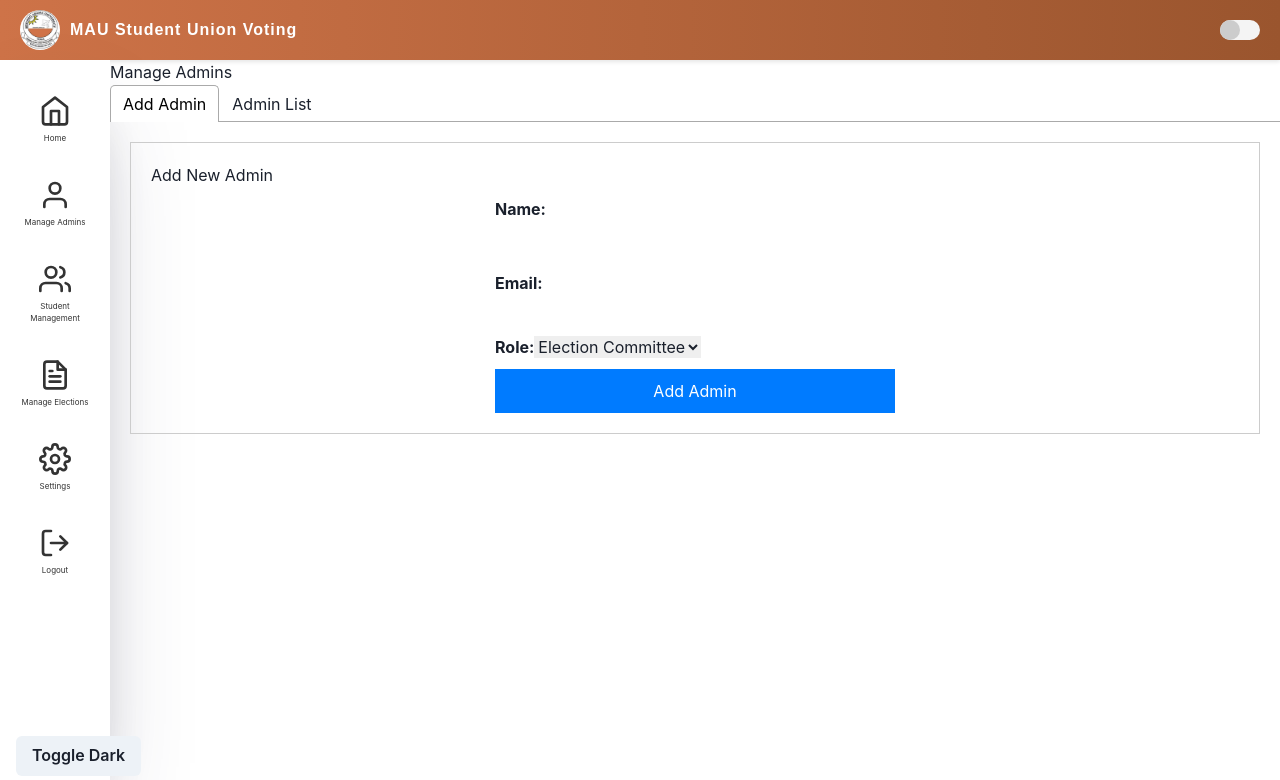
Repository: joena1o/e-vote
Page: /admin-dashboard/manage-admin
The author's editor kept a copy of each file at every save. The page is drawn from the files as they stood at one save, then again after the next save.
The browser window is 1280 px wide. The pictures show the whole page.
The project was rebuilt for these pictures with package versions that can differ from the ones it lists, and the page was loaded fresh each time. Also part of the build but not shown: src/components/EnhancedLogin.js, src/components/maincontent/RegisterStudents/ManageStudents.js, src/components/maincontent/RegisterStudents/RegisterStudents.js, src/components/maincontent/RegisterStudents/StudentManagement.js, src/components/maincontent/ElectionResults/ViewResults.js, src/components/maincontent/Settings/Settings.js, src/api/index.js, src/components/maincontent/home/Home.styles.js and 5 more.

Above is the page before, as saved 2023-10-15 17:49:45.

### src/App.js
import React from 'react';
import { BrowserRouter as Router, Routes, Route, Navigate } from 'react-router-dom';
import EnhancedLogin from './components/EnhancedLogin';
import AdminDashboard from './components/AdminDashboard';
import { ChakraProvider, ColorModeProvider, Button, useColorMode } from '@chakra-ui/react';
import { Provider } from 'react-redux';
import store from './Redux/store';

// Component to toggle dark mode
function DarkModeToggle() {
  const { colorMode, toggleColorMode } = useColorMode();
  return (
    <Button onClick={toggleColorMode} position="fixed" m={4} zIndex={10}>
      Toggle {colorMode === 'light' ? 'Dark' : 'Light'}
    </Button>
  );
}

function App() {
  // Check if the current route is not the "/login" route, then render the DarkModeToggle
  const isLoginPage = window.location.pathname === '/login';

  return (
    <Provider store={store}>
      <ChakraProvider>
        <ColorModeProvider options={{ useSystemColorMode: true }}>
          <Router>
            <Routes>
              {/* Define your routes */}
              <Route path="/login" element={<EnhancedLogin />} />
              <Route path="/admin-dashboard/*" element={<AdminDashboard />} />
              {/* Redirect root to /admin-dashboard */}
              <Route path="/" element={<Navigate to="/admin-dashboard" replace />} />
            </Routes>
          </Router>
          {/* Render DarkModeToggle only if not on the "/login" page */}
          {!isLoginPage && <DarkModeToggle />}
        </ColorModeProvider>
      </ChakraProvider>
    </Provider>
  );
}

export default App;

### src/components/AdminDashboard.js
// AdminDashboard.js
import React from 'react';
import { Routes, Route } from 'react-router-dom';
import StudentManagement from './maincontent/RegisterStudents/StudentManagement';
import ViewResults from './maincontent/ElectionResults/ViewResults';
import Settings from './maincontent/Settings/Settings';
import Home from './maincontent/home/Home';
import ManageAdmin from './maincontent/ManageAdmins/ManageAdmins';
import ManageElections from './maincontent/ManageElections/ManageElections';
import Sidebar from './Sidebar';
import Navbar from './Navbar';
import styled from 'styled-components';

const Container = styled.div`
  display: flex;
  flex-direction: column;
  /* Add the following line to ensure Container fills the screen height */
  height: 100vh;
  width: 100%; /* Use 100% to fill the entire width of the screen */
`;


const Content = styled.div`
  display: flex;
  /* Add the following line to ensure Content fills the remaining screen space */
  flex: 1;
`;

const AdminDashboard = () => {
  return (
    <Container>
      <Navbar />
      <Content>
        <Sidebar />
        <Routes>
          <Route index element={<Home />} />
          <Route path="student-management" element={<StudentManagement />} />
          <Route path="view-results" element={<ViewResults />} />
          <Route path="settings" element={<Settings />} />
          <Route path="manage-admin" element={<ManageAdmin />} />
          <Route path="manage-elections" element={<ManageElections />} />
        </Routes>
      </Content>
    </Container>
  );
};

export default AdminDashboard;

### src/Redux/store.js
import { configureStore } from '@reduxjs/toolkit';
import electionReducer from './electionSlice';
import studentsReducer from './studentsSlice'; // Assuming you have a studentsSlice

const store = configureStore({
  reducer: {
    elections: electionReducer,
    students: studentsReducer, // Add the students reducer here
  },
});

export default store;

### src/components/maincontent/ManageAdmins/ManageAdmins.js
import React from 'react';
import { Tab, TabList, TabPanel, Tabs } from 'react-tabs';
import 'react-tabs/style/react-tabs.css'; // Import styles for react-tabs
import styled from 'styled-components'; // Import styled-components
import AddAdmin from './AddAdmin';
import AdminList from './AdminList';

// Define a styled container with 100vh height
const FullHeightContainer = styled.div`
  height: 100vh;
  width: 100%;
`;

function ManageAdmins() {
  return (
    <FullHeightContainer>
      <h2>Manage Admins</h2>
      <Tabs>
        <TabList>
          <Tab>Add Admin</Tab>
          <Tab>Admin List</Tab>
        </TabList>
        <TabPanel>
          <AddAdmin />
        </TabPanel>
        <TabPanel>
          <AdminList />
        </TabPanel>
      </Tabs>
    </FullHeightContainer>
  );
}

export default ManageAdmins;

### src/components/Sidebar.js
import React from 'react';
import styled from 'styled-components';
import { Link } from 'react-router-dom';
import { FiHome, FiUser, FiUsers, FiFileText, FiSettings, FiLogOut } from 'react-icons/fi';
import { useColorMode } from '@chakra-ui/react';

const SidebarContainer = styled.nav`
  background: ${props => (props.theme === 'dark' ? '#333' : 'white')};
  padding: 15px;
  height: 100vh;
  color: ${props => (props.theme === 'dark' ? '#fff' : '#333')};
  box-shadow: rgba(50, 50, 93, 0.25) 0px 50px 100px -20px, rgba(0, 0, 0, 0.3) 0px 30px 60px -30px;
  display: flex;
  flex-direction: column;
`;

const LinkList = styled.ul`
  list-style-type: none;
  padding: 0;
  flex: 1;
`;

const StyledLink = styled(Link)`
  text-decoration: none;
  color: ${props => (props.theme === 'dark' ? '#fff' : '#333')};
  display: flex;
  flex-direction: column;
  align-items: center;
  transition: color 0.3s ease;
  margin-bottom: 15px;
  cursor: pointer;
  font-size: 0.5rem;

  @media (max-width: 768px) {
    font-size: 0.4rem;
  }

  @media (max-width: 480px) {
    font-size: 0.3rem;
  }

  &:hover {
    color: #ce7348;
  }

  width: 80px;
  text-align: center;
  word-wrap: break-word;
  overflow-wrap: break-word;
`;

const LinkItem = styled.li`
  display: flex;
  align-items: center;
  margin-top: 20px;
`;

const Icon = styled.div`
  font-size: 2rem;

  @media (max-width: 768px) {
    font-size: 0.9rem;
  }

  @media (max-width: 480px) {
    font-size: 0.8rem;
  }

  margin-bottom: 5px;
`;

function Sidebar() {
  const { colorMode } = useColorMode();

  return (
    <SidebarContainer theme={colorMode}>
      <LinkList>
        <LinkItem>
          <StyledLink to="/admin-dashboard" theme={colorMode}>
            <Icon><FiHome /></Icon>
            Home
          </StyledLink>
        </LinkItem>
        <LinkItem>
          <StyledLink to="/admin-dashboard/manage-admin" theme={colorMode}>
            <Icon><FiUser /></Icon>
            Manage Admins
          </StyledLink>
        </LinkItem>
        <LinkItem>
          <StyledLink to="/admin-dashboard/student-management" theme={colorMode}>
            <Icon><FiUsers /></Icon>
            Student Management
          </StyledLink>
        </LinkItem>
        <LinkItem>
          <StyledLink to="/admin-dashboard/manage-elections" theme={colorMode}>
            <Icon><FiFileText /></Icon>
            Manage Elections
          </StyledLink>
        </LinkItem>
        <LinkItem>
          <StyledLink to="/admin-dashboard/settings" theme={colorMode}>
            <Icon><FiSettings /></Icon>
            Settings
          </StyledLink>
        </LinkItem>
        <LinkItem>
          <StyledLink to="/logout" theme={colorMode}>
            <Icon><FiLogOut /></Icon>
            Logout
          </StyledLink>
        </LinkItem>
      </LinkList>
    </SidebarContainer>
  );
}

export default Sidebar;

### src/components/Navbar.js
import React from 'react';
import styled, { createGlobalStyle } from 'styled-components';
import logo from '../assets/school_logo.jpg';
import { useColorMode } from '@chakra-ui/react';

const GlobalStyle = createGlobalStyle`
  body {
    background-color: ${props => (props.theme === 'dark' ? '#333' : '#fff')};
    color: ${props => (props.theme === 'dark' ? '#fff' : '#000')};
  }
`;

const Header = styled.header`
  background: linear-gradient(to right, #ce7348, #9a552e);
  color: white;
  padding: 10px 20px;
  display: flex;
  align-items: center;
  justify-content: flex-start;
  box-shadow: 0px 2px 4px rgba(0, 0, 0, 0.1);
  font-family: 'Poppins', sans-serif;
`;

const Logo = styled.img`
  width: 40px;
  height: 40px;
  border-radius: 20px;
  margin-right: 10px;
`;

const Title = styled.h1`
  margin: 0;
  padding: 0;
  font-size: 1rem;
  font-weight: 600;
  letter-spacing: 1px;
`;

const ToggleSlider = styled.label`
  display: flex;
  align-items: center;
  cursor: pointer;
  margin-left: auto;
`;

const SliderInput = styled.input.attrs({ type: 'checkbox' })`
  display: none;
`;

const Slider = styled.div`
  width: 40px;
  height: 20px;
  background-color: ${props => (props.theme === 'dark' ? '#333' : '#f4f4f4')};
  border-radius: 20px;
  position: relative;
  transition: background-color 0.3s ease;
  cursor: pointer;

  &::after {
    content: '';
    width: 20px;
    height: 20px;
    border-radius: 50%;
    background-color: ${props => (props.theme === 'dark' ? '#fff' : '#ccc')};
    position: absolute;
    top: 50%;
    transform: translateY(-50%);
    left: ${props => (props.theme === 'dark' ? '20px' : '0')};
    transition: left 0.3s ease;
  }
`;

function Navbar() {
  const { colorMode, toggleColorMode } = useColorMode(); // Use Chakra UI's useColorMode hook

  return (
    <>
      <GlobalStyle theme={colorMode} />
      <Header>
        <Logo src={logo} alt="University Logo" />
        <Title>MAU Student Union Voting</Title>
        <ToggleSlider>
          <SliderInput type="checkbox" onChange={toggleColorMode} />
          <Slider theme={colorMode} />
        </ToggleSlider>
      </Header>
    </>
  );
}

export default Navbar;

### src/Redux/electionSlice.js
/*import { createSlice, createAsyncThunk } from '@reduxjs/toolkit';
import { API, graphqlOperation } from 'aws-amplify';
import { createElection as createElectionAPI } from '../graphql/mutations';

export const createElection = createAsyncThunk(
  'elections/createElection',
  async (election, { rejectWithValue }) => {
    try {
      const result = await API.graphql(graphqlOperation(createElectionAPI, { input: election }));
      return result.data.createElection;
    } catch (error) {
      return rejectWithValue(error);
    }
  }
);

const electionSlice = createSlice({
  name: 'elections',
  initialState: [],
  reducers: {},
  extraReducers: (builder) => {
    builder.addCase(createElection.fulfilled, (state, action) => {
      state.push(action.payload);
    });
  },
});

export default electionSlice.reducer;
*/

### src/Redux/studentsSlice.js
import { createSlice } from '@reduxjs/toolkit';

export const studentsSlice = createSlice({
  name: 'students',
  initialState: [],
  reducers: {
    addStudents: (state, action) => {
      // Add students to the Redux store
      action.payload.forEach(student => {
        state.push(student);
      });
    },
  },
});

export const { addStudents } = studentsSlice.actions;

export default studentsSlice.reducer;

### src/components/maincontent/ManageAdmins/AddAdmin.js
import React, { useState } from 'react';
import styled from 'styled-components';
import { API, Auth } from 'aws-amplify';
import { toast, ToastContainer } from 'react-toastify';
import 'react-toastify/dist/ReactToastify.css';

// Styled components
const Container = styled.div`
  margin: 20px;
  padding: 20px;
  border: 1px solid #ccc;
`;

const Form = styled.form`
  display: flex;
  flex-direction: column;
  max-width: 400px;
  margin: 0 auto;
`;

const Label = styled.label`
  margin-bottom: 10px;
  font-weight: bold;
`;

const Input = styled.input`
  padding: 10px;
  margin-bottom: 20px;
`;

const Button = styled.button`
  background-color: #007bff;
  color: #fff;
  padding: 10px;
  border: none;
  cursor: pointer;
`;

function AddAdmin() {
    const [adminData, setAdminData] = useState({
      name: '',
      email: '',
      role: 'Election Committee',
    });

    const handleChange = (e) => {
      const { name, value } = e.target;
      setAdminData({
        ...adminData,
        [name]: value,
      });
    };

    const handleSubmit = async (e) => {
      e.preventDefault();

      try {
        const temporaryPassword = Math.random().toString(36).slice(-8);

        const signUpResponse = await Auth.signUp({
          username: adminData.email,
          password: temporaryPassword,
          attributes: {
            email: adminData.email,
          },
        });

        if (!signUpResponse.userConfirmed) {
          // Assuming you want to use the temporary password as the new password upon first login
          await Auth.completeNewPassword(signUpResponse, temporaryPassword);
        }

        const apiResponse = await API.post('AdminAPI', '/admins', {
          body: adminData,
        });

        console.log('Admin Added:', apiResponse);

        toast.success('Admin added successfully! An email with a temporary password has been sent.', {
          position: 'top-right',
          autoClose: 5000,
          hideProgressBar: false,
          closeOnClick: true,
          pauseOnHover: true,
          draggable: true,
          progress: undefined,
        });

        setAdminData({
          name: '',
          email: '',
          role: 'Election Committee',
        });
      } catch (error) {
        console.error('Error adding admin:', error);

        toast.error('Error adding admin. Please try again.', {
          position: 'top-right',
          autoClose: 5000,
          hideProgressBar: false,
          closeOnClick: true,
          pauseOnHover: true,
          draggable: true,
          progress: undefined,
        });
      }
    };

    return (
      <Container>
        <h3>Add New Admin</h3>
        <Form onSubmit={handleSubmit}>
          <Label>
            Name:
            <Input type="text" name="name" value={adminData.name} onChange={handleChange} required />
          </Label>
          <Label>
            Email:
            <Input type="email" name="email" value={adminData.email} onChange={handleChange} required />
          </Label>
          <Label>
            Role:
            <select name="role" value={adminData.role} onChange={handleChange} required>
              <option value="Election Committee">Election Committee</option>
              <option value="Super Admin">Super Admin</option>
              <option value="Student Affairs">Student Affairs</option>
            </select>
          </Label>
          <Button type="submit">Add Admin</Button>
        </Form>
        <ToastContainer />
      </Container>
    );
  }

  export default AddAdmin;

Loaded but not shown: public/index.html (common file); src/index.js (common file); src/index.css (common file); src/reportWebVitals.js (common file)

After the next save:
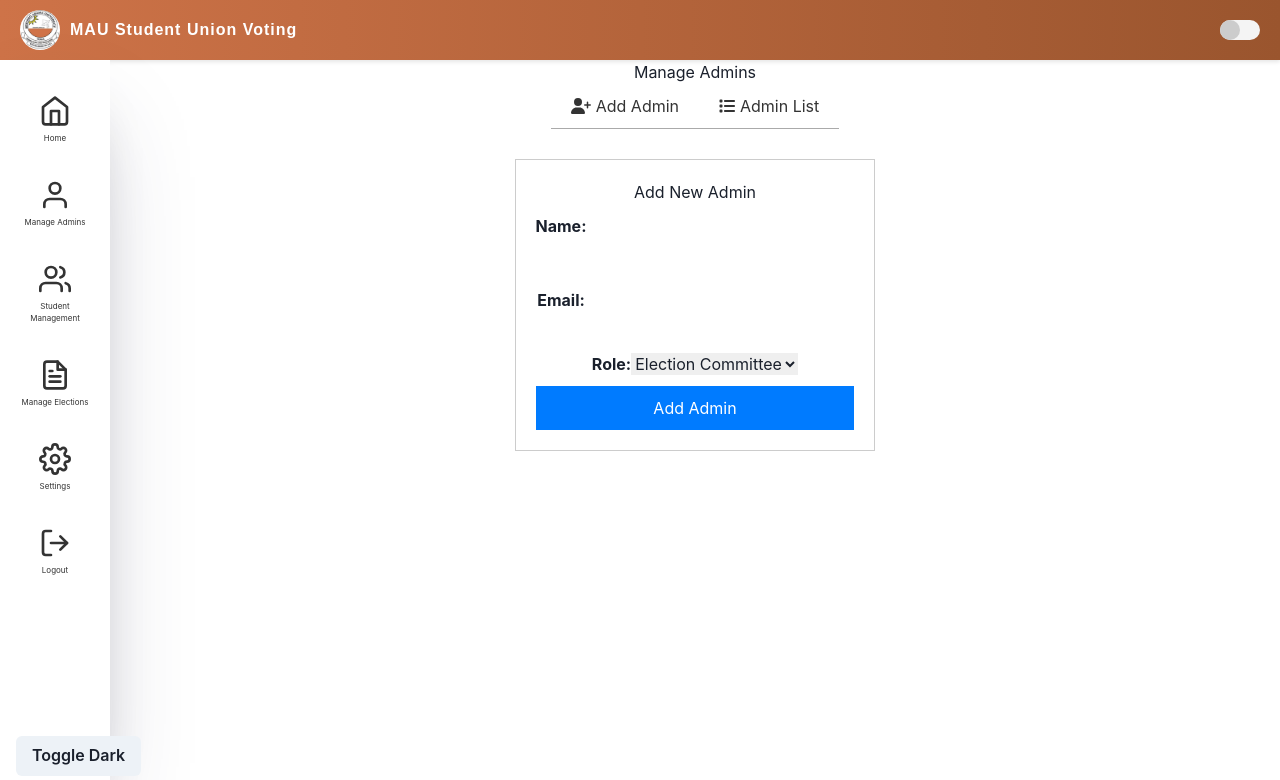
Saved 2 min 32 s later.
--- a/src/components/maincontent/ManageAdmins/ManageAdmins.js
+++ b/src/components/maincontent/ManageAdmins/ManageAdmins.js
@@ -1,34 +1,94 @@
-import React from 'react';
+import React, { useState } from 'react';
 import { Tab, TabList, TabPanel, Tabs } from 'react-tabs';
 import 'react-tabs/style/react-tabs.css'; // Import styles for react-tabs
-import styled from 'styled-components'; // Import styled-components
+import styled from 'styled-components';
 import AddAdmin from './AddAdmin';
 import AdminList from './AdminList';
+import { FontAwesomeIcon } from '@fortawesome/react-fontawesome';
+import { faUserPlus, faList } from '@fortawesome/free-solid-svg-icons'; // Import Font Awesome icons
 
-// Define a styled container with 100vh height
 const FullHeightContainer = styled.div`
-  height: 100vh;
+  height: 100%;
+  display: flex;
+  flex-direction: column;
+  justify-content: flex-start;
+  align-items: center;
   width: 100%;
 `;
 
-function ManageAdmins() {
+const TabsContainer = styled.div`
+  text-align: center;
+  width: 100%;
+  max-width: 1200px;
+  flex: 1;
+  display: flex;
+  flex-direction: column;
+  align-items: center;
+`;
+
+const StyledTab = styled(Tab)`
+  padding: 10px 20px;
+  color: #333;
+  cursor: pointer;
+  margin: 0;
+  display: flex;
+  align-items: center;
+  justify-content: center;
+  transition: background-color 0.2s ease-in-out;
+
+  &:hover {
+    background-color: #e0e0e0;
+  }
+
+  &.react-tabs__tab--selected {
+    background-color: #fff;
+    border: none; /* Remove the border */
+    border-radius: 5px 5px 0 0;
+  }
+`;
+
+const IconWrapper = styled.div`
+  margin-right: 5px;
+`;
+
+const ManageAdmins = () => {
+  const [activeTab, setActiveTab] = useState(0);
+
+  const handleTabChange = (index) => {
+    setActiveTab(index);
+  };
+
   return (
     <FullHeightContainer>
-      <h2>Manage Admins</h2>
-      <Tabs>
-        <TabList>
-          <Tab>Add Admin</Tab>
-          <Tab>Admin List</Tab>
-        </TabList>
-        <TabPanel>
-          <AddAdmin />
-        </TabPanel>
-        <TabPanel>
-          <AdminList />
-        </TabPanel>
-      </Tabs>
+      <h1>Manage Admins</h1>
+      <TabsContainer>
+        <Tabs selectedIndex={activeTab} onSelect={handleTabChange}>
+          <TabList style={{ display: 'flex', justifyContent: 'center' }}>
+            <StyledTab>
+              <IconWrapper>
+                <FontAwesomeIcon icon={faUserPlus} />
+              </IconWrapper>
+              Add Admin
+            </StyledTab>
+            <StyledTab>
+              <IconWrapper>
+                <FontAwesomeIcon icon={faList} />
+              </IconWrapper>
+              Admin List
+            </StyledTab>
+          </TabList>
+        </Tabs>
+        <Tabs selectedIndex={activeTab} onSelect={handleTabChange}>
+          <TabPanel>
+            <AddAdmin />
+          </TabPanel>
+          <TabPanel>
+            <AdminList />
+          </TabPanel>
+        </Tabs>
+      </TabsContainer>
     </FullHeightContainer>
   );
-}
+};
 
 export default ManageAdmins;
